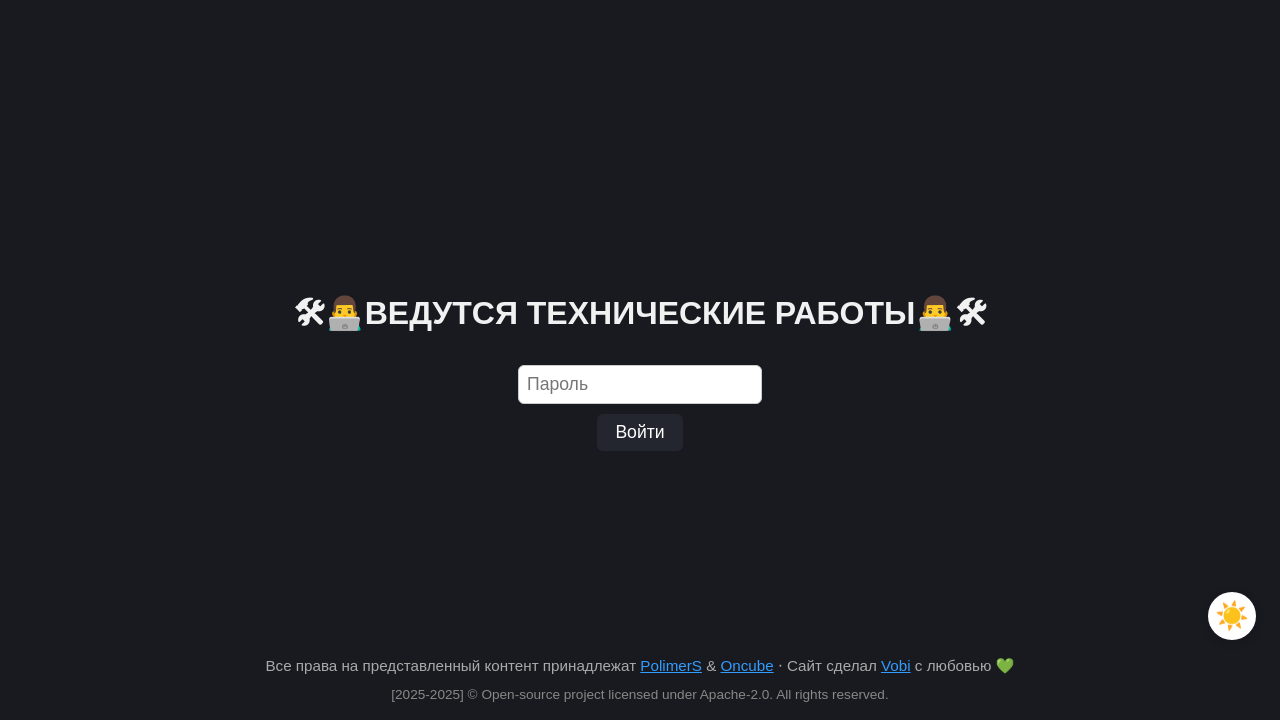
Repository: oncube-dev/OnCube-dev_website
Page: files_for_hosting/html_plus_js.version/index.html
These files come from the project's save history. The page is drawn as it stood at one moment and after the next save; the edit follows.
The browser window is 1280 px wide. The pictures show the whole page.
The page's requests for data from a server got no answer.

Above is the page before, as saved 2025-07-28 15:36:50.

After the next save:
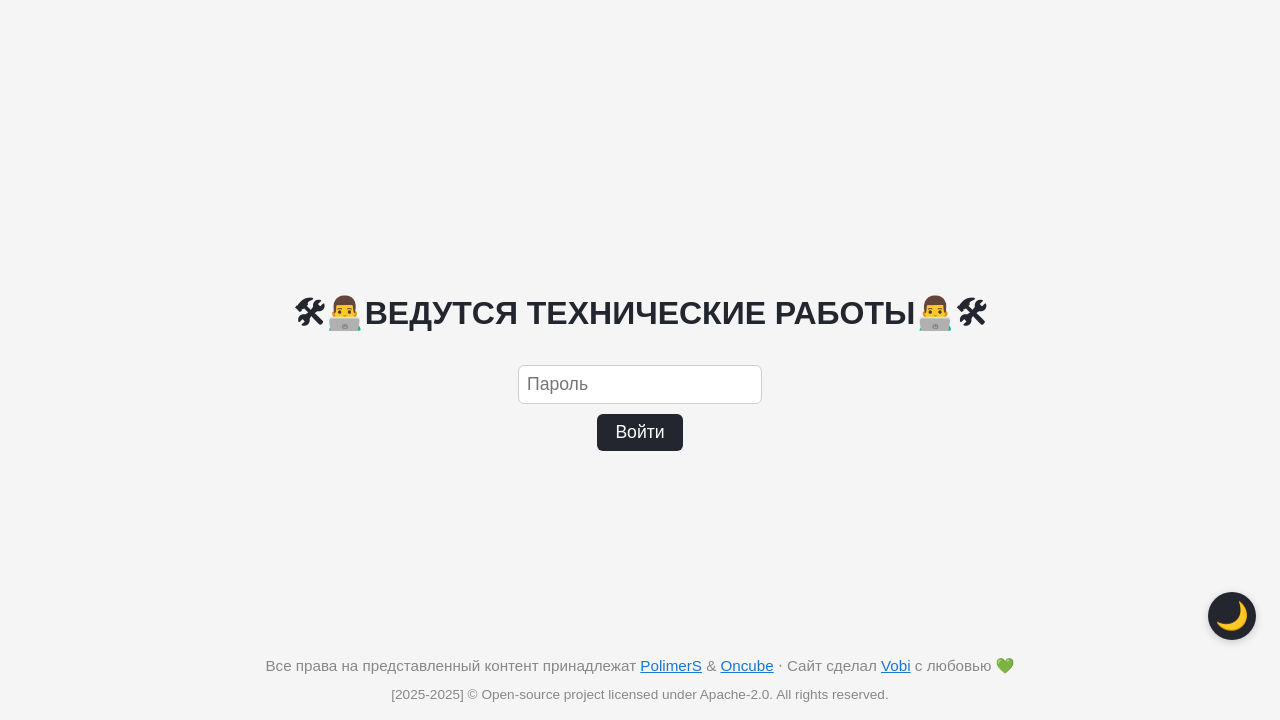
Console error (its wording comes from the project's code and is left out).
Saved 3 min 59 s later.
--- a/files_for_hosting/html_plus_js.version/index.html
+++ b/files_for_hosting/html_plus_js.version/index.html
@@ -64,7 +64,7 @@
     <div id="auth-copyright">[2025-2025] © Open-source project licensed under Apache-2.0. All rights reserved.</div>
     <script src="info_script.js"></script>
     <script>
-        const CHANNEL_ID = 'UCACwRQLU0Bq5yxijfnBPRfQ';
+        const
 
         let startDate = null;
 

After the save that followed:
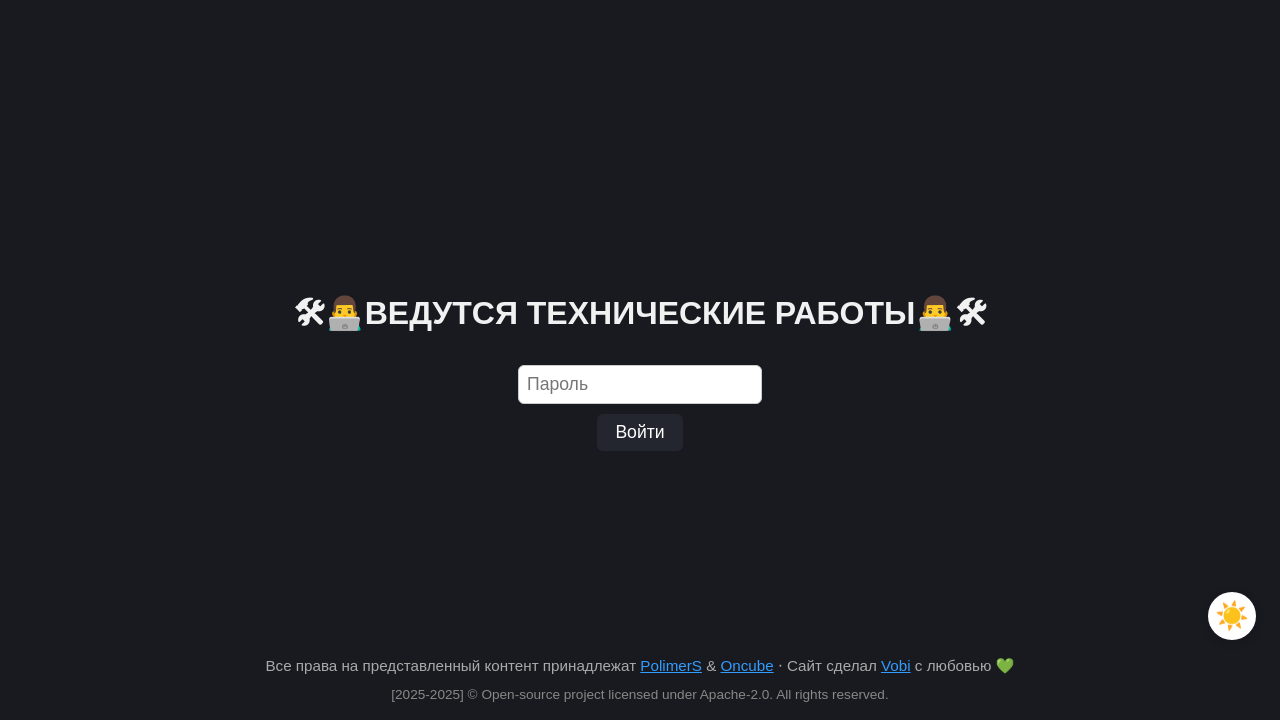
The error is gone.
Saved 15 s later.
--- a/files_for_hosting/html_plus_js.version/index.html
+++ b/files_for_hosting/html_plus_js.version/index.html
@@ -64,7 +64,6 @@
     <div id="auth-copyright">[2025-2025] © Open-source project licensed under Apache-2.0. All rights reserved.</div>
     <script src="info_script.js"></script>
     <script>
-        const
 
         let startDate = null;
 
--- a/files_for_hosting/html_plus_js.version/info_script.js
+++ b/files_for_hosting/html_plus_js.version/info_script.js
@@ -1,2 +1,3 @@
 const API_KEY = 'ENTER_YOUR_YOUTUBE_API_KEY';
 const AUTH_PASSWORD = 'ENTER_YOUR_PASSWORD';
+const CHANNEL_ID = 'UCACwRQLU0Bq5yxijfnBPRfQ';
